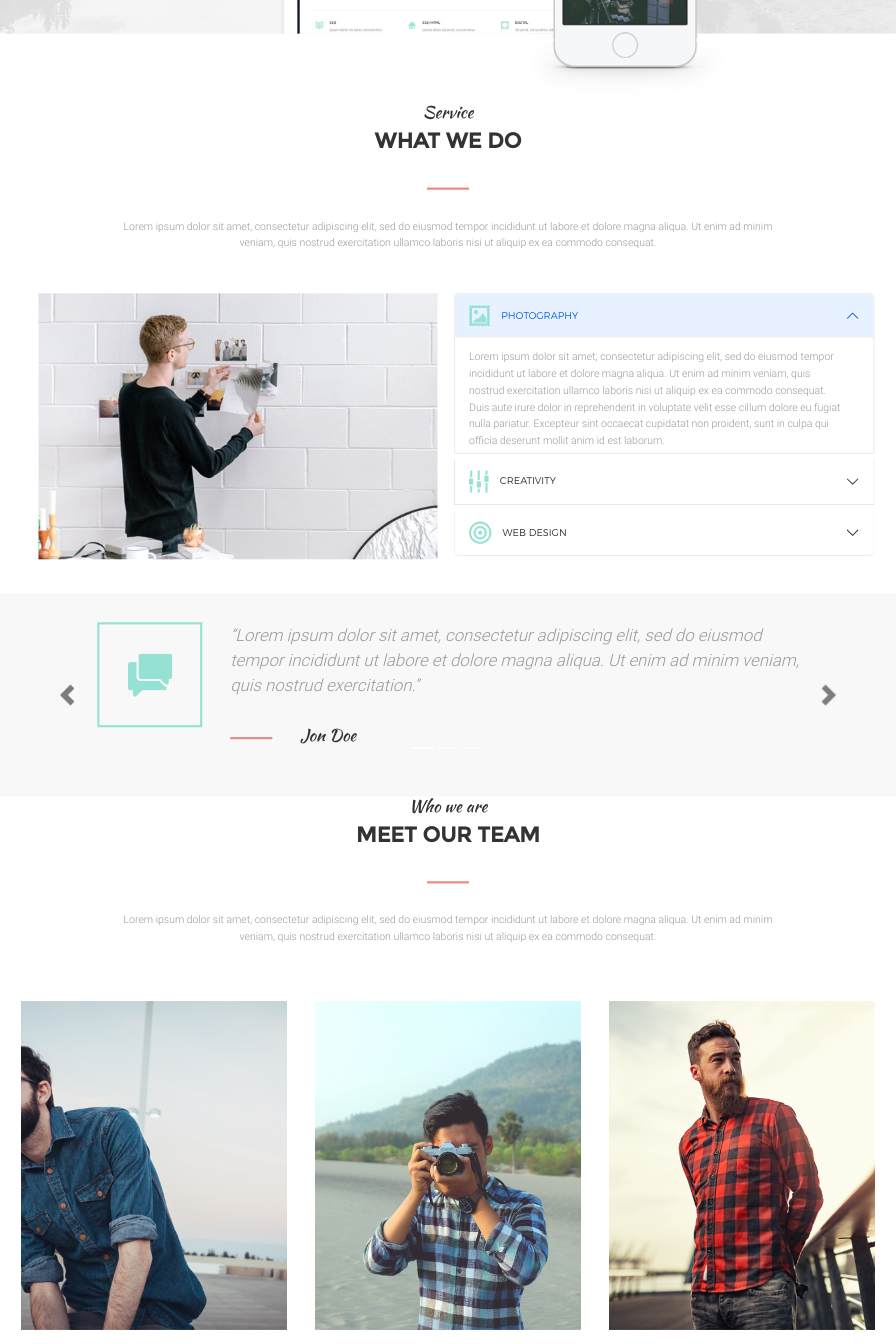
Repository: RaffiBarseghyan/mogo
Page: /
The author's editor kept a copy of each file at every save. The page is drawn from the files as they stood at one save, then again after a run of saves.
The browser window is 1280 px wide. The pictures show the part of the page from y = 3380 to 5300 px (the page is 5300 px tall), at 70% of full size.
The project was rebuilt for these pictures with package versions that can differ from the ones it lists, and the page was loaded fresh each time.

Above is the page before, as saved 2023-05-12 23:28:59.

### src/App.jsx
import "./App.css";
import "bootstrap/dist/css/bootstrap.min.css";
import "bootstrap/dist/js/bootstrap.bundle";
import Header from "./Pages/Header/header";
import AboutUs from "./Pages/AboutUs/aboutUs";
import WorkWith from "./Pages/WorkWith/workWith";
import AllDevice from "./Pages/AllDevice/allDevice";
import Service from "./Pages/ServicePage/service";
import WeAre from "./Pages/WeAre/weAre";

function App() {
  return (
    <div className="App">
      <Header />
      <AboutUs />
      <WorkWith />
      <AllDevice />
      <Service />
      <WeAre />
    </div>
  );
}

export default App;

### src/Pages/AboutUs/aboutUs.jsx
import style from "./aboutUs.module.scss";
import aboutUs1 from "../../Assets/Images/aboutUs1.png";
import aboutUs2 from "../../Assets/Images/aboutUs2.png";
import aboutUs3 from "../../Assets/Images/aboutUs3.png";
import user from "../../Assets/Images/USERS.png";

function AboutUs() {
  return (
    <>
      <div className={style.aboutUs}>
        <h3>What we do</h3>
        <h2>Story about us</h2>
        <div className={style.line}></div>
        <p>
          Lorem ipsum dolor sit amet, consectetur adipiscing elit, sed do
          eiusmod tempor incididunt ut labore et dolore magna aliqua. Ut enim ad
          minim <br />
          veniam, quis nostrud exercitation ullamco laboris nisi ut aliquip ex
          ea commodo consequat.
        </p>
        <div className="d-flex justify-content-center flex-wrap ">
          <div className={style.imgDiv}>
            <img src={user} alt="" className={style.user} />
            <p>SUPER TEAM</p>
            <img src={aboutUs1} alt="" className={style.aboutImg} />
          </div>
          <div className={style.imgDiv}>
            <img src={user} alt="" className={style.user} />
            <p>SUPER TEAM</p>
            <img src={aboutUs2} alt="" className={style.aboutImg} />
          </div>
          <div className={style.imgDiv}>
            <img src={user} alt="" className={style.user} />
            <p>SUPER TEAM</p>
            <img src={aboutUs3} alt="" className={style.aboutImg} />
          </div>
        </div>
      </div>

      <div
        className={`${style.aboutUsFooter} d-flex justify-content-center align-items-center flex-wrap`}
      >
        <div className={style.first_line}>
          <h2>42</h2>
          <p>Web Design Projects</p>
        </div>
        <div>
          <h2>123</h2>
          <p>happy client</p>
        </div>
        <div>
          <h2>15</h2>
          <p>award winner</p>
        </div>
        <div>
          <h2>99</h2>
          <p>cup of coffee</p>
        </div>
        <div>
          <h2>24</h2>
          <p>members</p>
        </div>
      </div>
    </>
  );
}

export default AboutUs;

### src/Pages/WorkWith/workWith.jsx
import style from "./workWith.module.scss";
import ALARM from "../../Assets/Images/ALARM.png";
import LINEGRAPH from "../../Assets/Images/LINEGRAPH.png";
import COMPUTER_OK from "../../Assets/Images/COMPUTER_OK.png";
import BOOK from "../../Assets/Images/BOOK.png";
import HOME from "../../Assets/Images/HOME.png";
import IMAGE from "../../Assets/Images/IMAGE.png";

function WorkWith() {
  return (
    <>
      <div className={style.workWith}>
        <h3>We work with</h3>
        <h2>Amazing Services</h2>
        <div className={style.line}></div>

        <div
          className={`${style.workWithFooter} d-flex flex-wrap justify-content-center container`}
        >
          <div className={`d-flex ${style.box1}`}>
            <div>
              <img src={ALARM} alt="" />
            </div>
            <div>
              <h2>Photography</h2>
              <p>
                Lorem ipsum dolor sit amet, consectetur <br />
                adipiscing elit, sed do eiusmod tempor.
              </p>
            </div>
          </div>
          <div className={`d-flex ${style.box2}`}>
            <div>
              <img src={LINEGRAPH} alt="" />
            </div>
            <div>
              <h2>Web Design</h2>
              <p>
                Ipsum dolor sit amet, consectetur <br />
                adipiscing elit, sed do eiusmod tempor.
              </p>
            </div>
          </div>
          <div className={`d-flex ${style.box3}`}>
            <div>
              <img src={COMPUTER_OK} alt="" />
            </div>
            <div>
              <h2>Creativity</h2>
              <p>
                Dolor sit amet, consectetur adipiscing elit, <br />
                sed do eiusmod tempor.
              </p>
            </div>
          </div>
          <div className={`d-flex ${style.box4}`}>
            <div>
              <img src={BOOK} alt="" />
            </div>
            <div>
              <h2>seo</h2>
              <p>
                Ipsum dolor sit amet, consectetur <br />
                adipiscing elit, sed do eiusmod.
              </p>
            </div>
          </div>
          <div className={`d-flex ${style.box5}`}>
            <div>
              <img src={HOME} alt="" />
            </div>
            <div>
              <h2>Css/Html</h2>
              <p>
                Lorem dolor sit amet, consectetur <br />
                adipiscing elit, sed do tempor.
              </p>
            </div>
          </div>
          <div className={`d-flex ${style.box6}`}>
            <div>
              <img src={IMAGE} alt="" />
            </div>
            <div>
              <h2>digital</h2>
              <p>
                Sit amet, consectetur adipiscing elit, sed do <br />
                eiusmod tempor.
              </p>
            </div>
          </div>
        </div>
      </div>
    </>
  );
}

export default WorkWith;

### src/Pages/AllDevice/allDevice.jsx
import style from "./allDevice.module.scss";
import ipad from "../../Assets/Images/ipad.png";
import iphone from "../../Assets/Images/iphone.png";

function AllDevice() {
  return (
    <>
      <div className={`${style.allDevice}`}>
        <div className={style.allDeviceBg}>
          <h3>For all devices</h3>
          <h2>Unique design</h2>
          <div className={style.line}></div>
          <img src={ipad} alt="" className={style.ipad}/>
          <img src={iphone} alt="" className={style.iphone} />
        </div>
      </div>
    </>
  );
}

export default AllDevice;

### src/Pages/WeAre/weAre.jsx
import style from "./weAre.module.scss";
import admin1 from "../../Assets/Images/admin1.png";
import admin2 from "../../Assets/Images/admin2.png";
import admin3 from "../../Assets/Images/admin3.png";

function WeAre() {
  return (
    <>
      <div className={`${style.WeAre}`}>
        <h3>Who we are</h3>
        <h2>Meet our team</h2>
        <div className={style.line}></div>
        <p>
          Lorem ipsum dolor sit amet, consectetur adipiscing elit, sed do
          eiusmod tempor incididunt ut labore et dolore magna aliqua. Ut enim ad
          minim <br />
          veniam, quis nostrud exercitation ullamco laboris nisi ut aliquip ex
          ea commodo consequat.
        </p>

        <div className="d-flex justify-content-center flex-wrap ">
          <div className={style.imgDiv}>
            {/* <img src={user} alt="" className={style.user} /> */}
            <p>SUPER TEAM</p>
            <img src={admin1} alt="" className={style.aboutImg1} />
          </div>
          <div className={style.imgDiv}>
            {/* <img src={user} alt="" className={style.user} /> */}
            <p>SUPER TEAM</p>
            <img src={admin2} alt="" className={style.aboutImg} />
          </div>
          <div className={style.imgDiv}>
            {/* <img src={user} alt="" className={style.user} /> */}
            <p>SUPER TEAM</p>
            <img src={admin3} alt="" className={style.aboutImg} />
          </div>
        </div>
      </div>
    </>
  );
}

export default WeAre;

### src/Pages/WorkWith/workWith.module.scss
@font-face {
  font-family: Montserrat;
  src: url("../../Assets/Fonts/montserrat/Montserrat-Light.otf")
    format("truetype");
}

@font-face {
  font-family: Montserrat_mid;
  src: url("../../Assets/Fonts/montserrat/Montserrat-Regular.ttf")
    format("truetype");
}

@font-face {
  font-family: Montserrat_bold;
  src: url("../../Assets/Fonts/montserrat/Montserrat-ExtraBold.otf")
    format("truetype");
}

@font-face {
  font-family: kaushan;
  src: url("../../Assets/Fonts/kaushan-script/kaushan-script.kaushanscript-regular.otf")
    format("truetype");
}

.workWith {
  min-height: 750px;
  display: flex;
  flex-direction: column;
  align-items: center;
  justify-content: center;
  h3 {
    font-size: 24px;
    color: #333333;
    font-weight: 400;
    font-family: "kaushan";
    text-align: center;
  }
  h2 {
    font-size: 30px;
    text-transform: uppercase;
    color: #333333;
    font-weight: 700;
    font-family: "Montserrat_mid";
    text-align: center;
  }
  .line {
    width: 60px;
    height: 3px;
    background-color: #f38181;
    margin: 40px;
  }
}

.workWithFooter {
  > div {
    width: 400px;
    margin-top: 90px;
  }
  h2 {
    font-size: 14px;
    text-transform: uppercase;
    color: #333333;
    font-weight: 400;
    font-family: "Montserrat";
    text-align: start;
  }
  p {
    font-size: 15px;
    line-height: 24px;
    color: #999999;
    font-weight: 400;
    font-family: "Roboto";
    text-align: start;
  }
  img {
    margin-right: 30px;
  }
}

.box1,
.box2,
.box3 {
  border-bottom: 1px solid #e5e5e5;
}

@media only screen and (max-width: 1399.2px) {
  .box1,
  .box2,
  .box3,
  .box4 {
    border-bottom: 1px solid #e5e5e5;
  }
}

@media only screen and (max-width: 991.2px) {
  .box1,
  .box2,
  .box3,
  .box4,
  .box5 {
    border-bottom: 1px solid #e5e5e5;
  }
}

### src/Pages/AllDevice/allDevice.module.scss
@font-face {
  font-family: Montserrat;
  src: url("../../Assets/Fonts/montserrat/Montserrat-Light.otf")
    format("truetype");
}

@font-face {
  font-family: Montserrat_mid;
  src: url("../../Assets/Fonts/montserrat/Montserrat-Regular.ttf")
    format("truetype");
}

@font-face {
  font-family: Montserrat_bold;
  src: url("../../Assets/Fonts/montserrat/Montserrat-ExtraBold.otf")
    format("truetype");
}

@font-face {
  font-family: kaushan;
  src: url("../../Assets/Fonts/kaushan-script/kaushan-script.kaushanscript-regular.otf")
    format("truetype");
}

.allDevice {
  min-height: 900px;

  h3 {
    font-size: 24px;
    color: #333333;
    font-weight: 400;
    font-family: "kaushan";
    text-align: center;
  }
  h2 {
    font-size: 30px;
    text-transform: uppercase;
    color: #333333;
    font-weight: 700;
    font-family: "Montserrat_mid";
    text-align: center;
  }
  .line {
    width: 60px;
    height: 3px;
    background-color: #f38181;
    margin: 40px;
  }
  .allDeviceBg {
    width: 100%;
    min-height: 850px;
    background-image: url("../../Assets/Images/allDeviceBg.png");
    background-position: center;
    background-size: cover;
    background-repeat: no-repeat;

    display: flex;
    flex-direction: column;
    align-items: center;
    justify-content: center;
  }
}

.ipad {
  position: absolute;
  margin-top: 268px;
}

.iphone {
  position: relative;
  top: 194px;
  left: 257px;
}

@media only screen and (max-width: 992.2px) {
  .ipad {
    width: 378px;
    height: 480px;
    margin-top: 370px;
  }
  .iphone {
    width: 200px;
    height: 360px;
    top: 225px;
    left: 217px;
  }
}

@media only screen and (max-width: 650.2px) {
  .ipad {
    width: 290px;
    height: 380px;
    margin-top: 470px;
  }
  .iphone {
    width: 165px;
    height: 290px;
    top: 250px;
    left: 159px;
  }
}

### src/Pages/ServicePage/service.module.scss
@font-face {
  font-family: Montserrat;
  src: url("../../Assets/Fonts/montserrat/Montserrat-Light.otf")
    format("truetype");
}

@font-face {
  font-family: Montserrat_mid;
  src: url("../../Assets/Fonts/montserrat/Montserrat-Regular.ttf")
    format("truetype");
}

@font-face {
  font-family: Montserrat_bold;
  src: url("../../Assets/Fonts/montserrat/Montserrat-ExtraBold.otf")
    format("truetype");
}

@font-face {
  font-family: kaushan;
  src: url("../../Assets/Fonts/kaushan-script/kaushan-script.kaushanscript-regular.otf")
    format("truetype");
}
@font-face {
  font-family: Roboto;
  src: url("../../Assets/Fonts/robotofont/Roboto-Light.ttf") format("truetype");
}

.Service {
  min-height: 750px;
  display: flex;
  flex-direction: column;
  align-items: center;
  justify-content: center;
  h3 {
    font-size: 24px;
    color: #333333;
    font-weight: 400;
    font-family: "kaushan";
    text-align: center;
  }
  h2 {
    font-size: 30px;
    text-transform: uppercase;
    color: #333333;
    font-weight: 700;
    font-family: "Montserrat_mid";
    text-align: center;
  }
  p {
    font-size: 15px;
    line-height: 24px;
    color: #999999;
    font-weight: 400;
    font-family: "Roboto";
    text-align: center;
    margin-bottom: 60px;
  }
}
.line {
  width: 60px;
  height: 3px;
  background-color: #f38181;
  margin: 40px;
}
.acordeon {
  width: 600px;
  height: 380px;
  button {
    font-size: 14px;
    text-transform: uppercase;
    color: #333333;
    font-weight: 400;
    font-family: "Montserrat";
  }
  .acordeonBody {
    width: 590px;
    height: 165px;
    font-size: 15px;
    line-height: 24px;
    color: #999999;
    font-weight: 300;
    font-family: "Roboto";
    text-align: start;
    overflow: auto;
  }
  ::-webkit-scrollbar {
    width: 5px;
  }

  /* Track */
  ::-webkit-scrollbar-track {
    box-shadow: inset 0 0 5px #f5f5f5;
    border-radius: 10px;
  }

  /* Handle */
  ::-webkit-scrollbar-thumb {
    background-color: #95e1d3;
    border-radius: 10px;
  }

  /* Handle on hover */
  ::-webkit-scrollbar-thumb:hover {
    background-color: #7fc0b4;
  }
}

.serviceFooter {
  min-height: 290px;
  background-color: #f8f8f8;
  display: flex;
  align-items: center;
  justify-content: center;
  > div {
    width: 1300px;
  }
  p {
    font-size: 24px;
    line-height: 36px;
    color: #999999;
    font-weight: 300;
    font-style: italic;
    font-family: "Roboto";
    text-align: start;
    margin-left: 40px;
  }
  h2 {
    font-size: 24px;
    color: #333333;
    font-weight: 400;
    font-family: "kaushan";
  }
}

.prev {
  width: 30px;
  height: 30px;
  background-image: url("data:[embedded picture, 192 characters]");
}

.next {
  width: 30px;
  height: 30px;
  background-image: url("data:[embedded picture, 193 characters]");
}

@media only screen and (max-width: 650.2px) {
  .acordeon {
    width: 480px;
    margin-top: 20px;
  }
  .acordeonBody {
    max-width: 470px;
  }
  .Service > div > img {
    width: 459px;
    height: 300px;
  }
  .serviceFooter{
    img{
        display: none;
    }
  }
}

### src/Pages/WeAre/weAre.module.scss
@font-face {
  font-family: Montserrat;
  src: url("../../Assets/Fonts/montserrat/Montserrat-Light.otf")
    format("truetype");
}

@font-face {
  font-family: Montserrat_mid;
  src: url("../../Assets/Fonts/montserrat/Montserrat-Regular.ttf")
    format("truetype");
}

@font-face {
  font-family: Montserrat_bold;
  src: url("../../Assets/Fonts/montserrat/Montserrat-ExtraBold.otf")
    format("truetype");
}

@font-face {
  font-family: kaushan;
  src: url("../../Assets/Fonts/kaushan-script/kaushan-script.kaushanscript-regular.otf")
    format("truetype");
}
@font-face {
  font-family: Roboto;
  src: url("../../Assets/Fonts/robotofont/Roboto-Light.ttf") format("truetype");
}

.WeAre {
  min-height: 750px;
  display: flex;
  flex-direction: column;
  align-items: center;
  justify-content: center;
  h3 {
    font-size: 24px;
    color: #333333;
    font-weight: 400;
    font-family: "kaushan";
    text-align: center;
  }
  h2 {
    font-size: 30px;
    text-transform: uppercase;
    color: #333333;
    font-weight: 700;
    font-family: "Montserrat_mid";
    text-align: center;
  }
  p {
    font-size: 15px;
    line-height: 24px;
    color: #999999;
    font-weight: 400;
    font-family: "Roboto";
    text-align: center;
    margin-bottom: 60px;
  }
  img {
    width: 380px;
    height: 470px;
    object-fit: cover;
  }
}
.line {
  width: 60px;
  height: 3px;
  background-color: #f38181;
  margin: 40px;
}

.imgDiv {
  width: 380px;
  height: 470px;
  margin: 20px;
  transition: 0.5s;
  display: flex;
  flex-direction: column;
  justify-content: center;
  align-items: center;
  p {
    font-size: 18px;
    text-transform: uppercase;
    color: #ffffff;
    font-weight: 700;
    font-family: "Montserrat";
    text-align: center;
    display: none;
    position: absolute;
    margin-top: 80px;
  }
  .user {
    width: 32px;
    height: 23px;
    display: none;
    position: absolute;
    margin-bottom: 30px;
  }
}

.aboutImg1 {
    width: 380px;
    height: 470px;
    object-fit: cover !important;
    object-position: center !important;
}

.imgDiv:hover {
  transition: 0.5s;
  box-shadow: 10px 10px 0px 0px rgba(149, 225, 211, 1);
  -webkit-box-shadow: 10px 10px 0px 0px rgba(149, 225, 211, 1);
  -moz-box-shadow: 10px 10px 0px 0px rgba(149, 225, 211, 1);
  cursor: pointer;
  p,
  .user {
    display: block;
  }
  background: rgb(226, 204, 123);
  background: linear-gradient(
    0deg,
    rgba(226, 204, 123, 1) 0%,
    rgba(219, 116, 116, 1) 53%
  );

  .aboutImg,
  .aboutImg1 {
    opacity: 0.2;
  }
}

Loaded but not shown: public/index.html (common file); src/index.js (common file); src/index.css (common file); src/reportWebVitals.js (common file); src/App.css (common file); src/Pages/ServicePage/service.jsx (248 lines, source omitted); src/Pages/Header/header.module.scss (204 lines, source omitted); src/Pages/Header/header.jsx (96 lines, source omitted); src/Pages/AboutUs/aboutUs.module.scss (154 lines, source omitted)

After the next 2 saves:
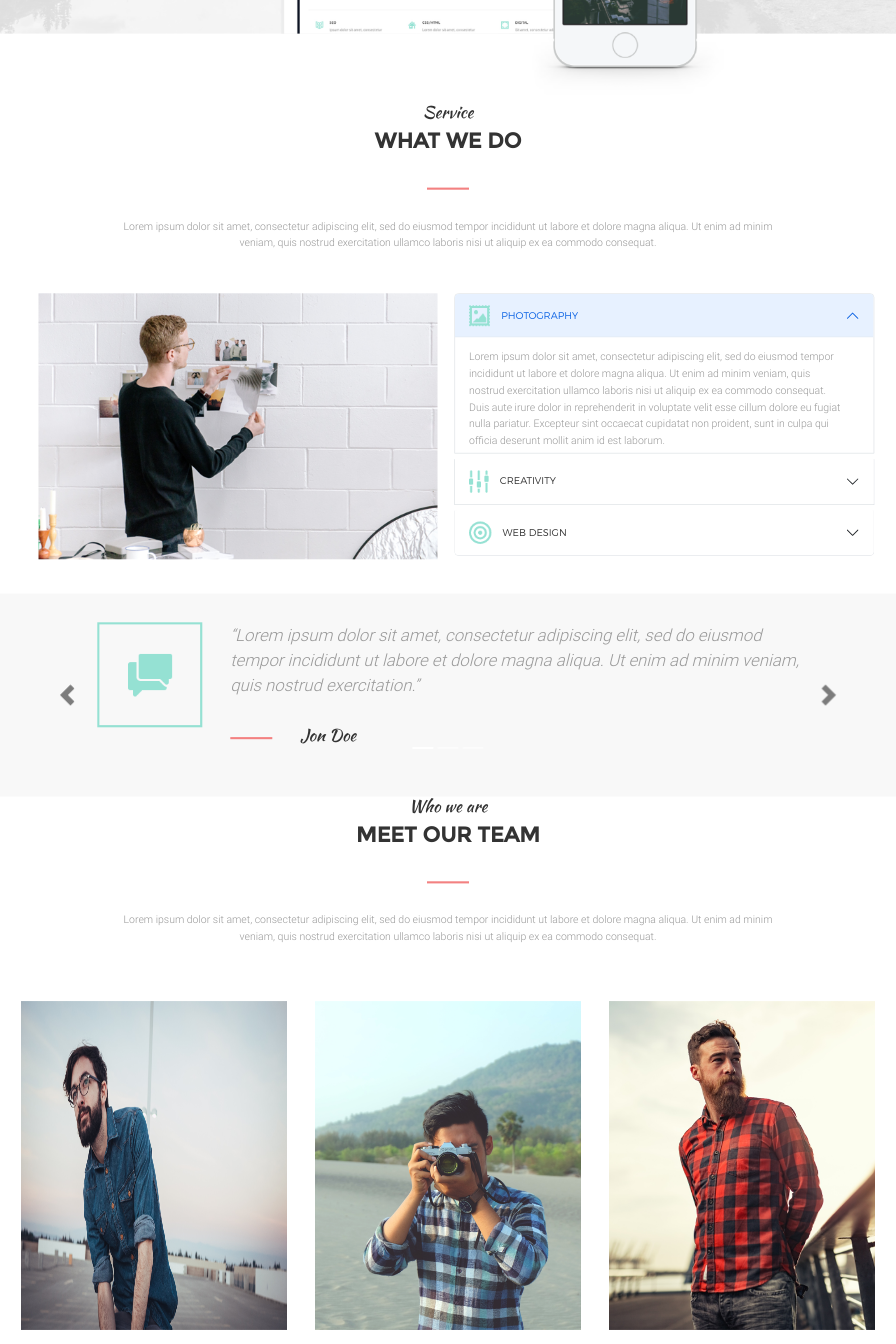
The 2 saves are shown as one change because they came seconds apart.
The last was saved 40 s later.
--- a/src/Pages/WeAre/weAre.module.scss
+++ b/src/Pages/WeAre/weAre.module.scss
@@ -99,10 +99,7 @@
 }
 
 .aboutImg1 {
-    width: 380px;
-    height: 470px;
-    object-fit: cover !important;
-    object-position: center !important;
+    object-fit: unset !important;
 }
 
 .imgDiv:hover {

After the 4 saves that followed:
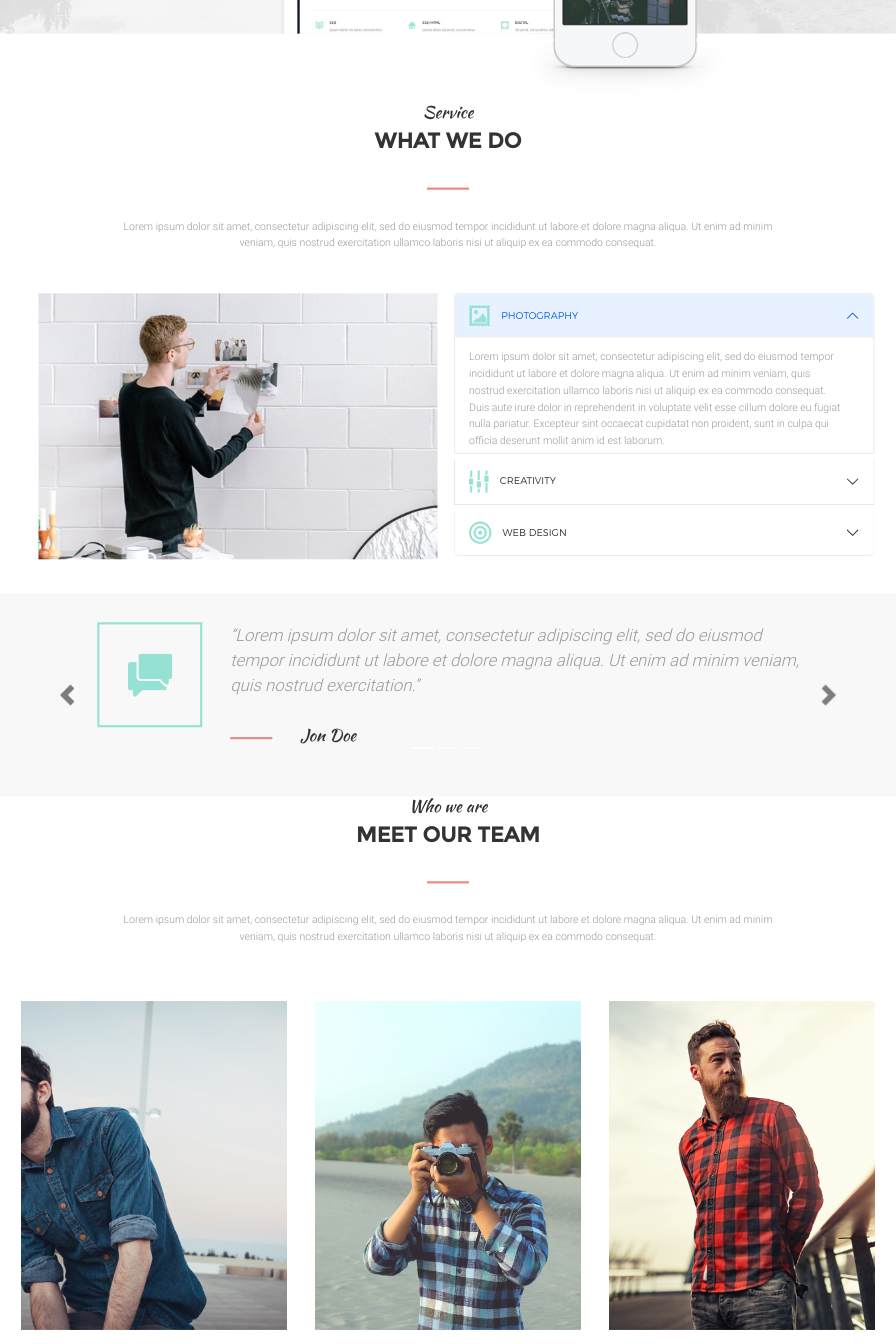
The 4 saves are shown as one change because 3 left the picture as it was.
The last was saved 46 s later.
--- a/src/Pages/WeAre/weAre.module.scss
+++ b/src/Pages/WeAre/weAre.module.scss
@@ -99,7 +99,9 @@
 }
 
 .aboutImg1 {
-    object-fit: unset !important;
+//   object-fit: unset !important;
+  aspect-ratio: 3/2 !important;
+
 }
 
 .imgDiv:hover {
